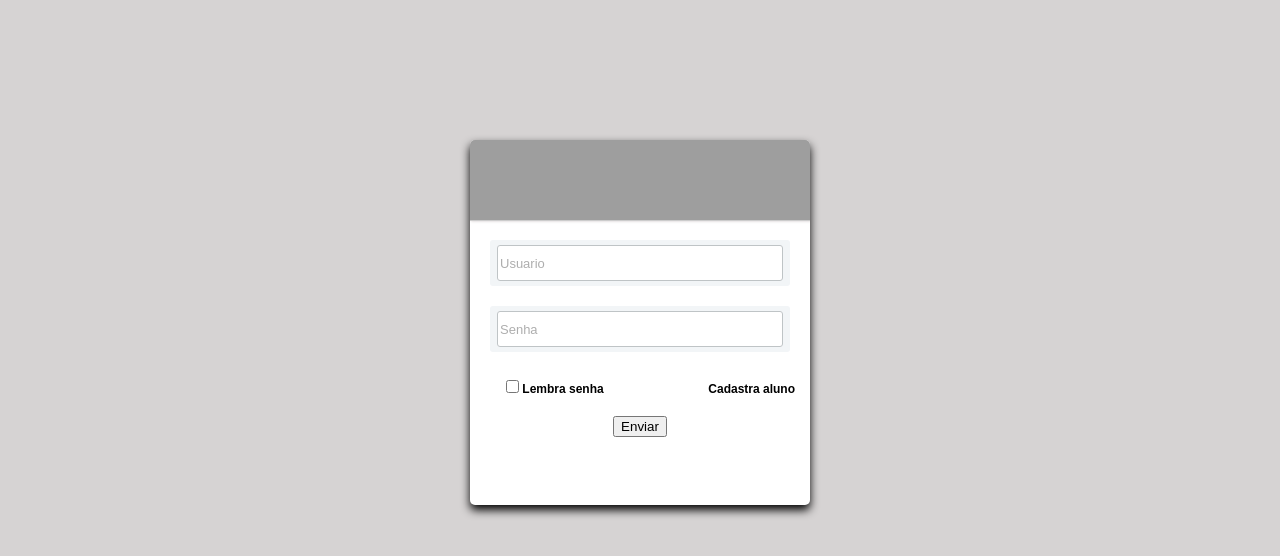
Repository: luisjonson/ProjetoWebAcademia
Page: http://localhost/RepositorioWebProject/Login.jsp
An editor plug-in stored every save of this project. The page is shown before and after the next save, followed by the edit.
The browser window is 1280 px wide. The pictures show the whole page.
Pictures or frames that could not be fetched are drawn as grey boxes. The page is served by Tomcat 9.

Above is the page before, as saved 2017-04-10 02:26:58.

After the next save:
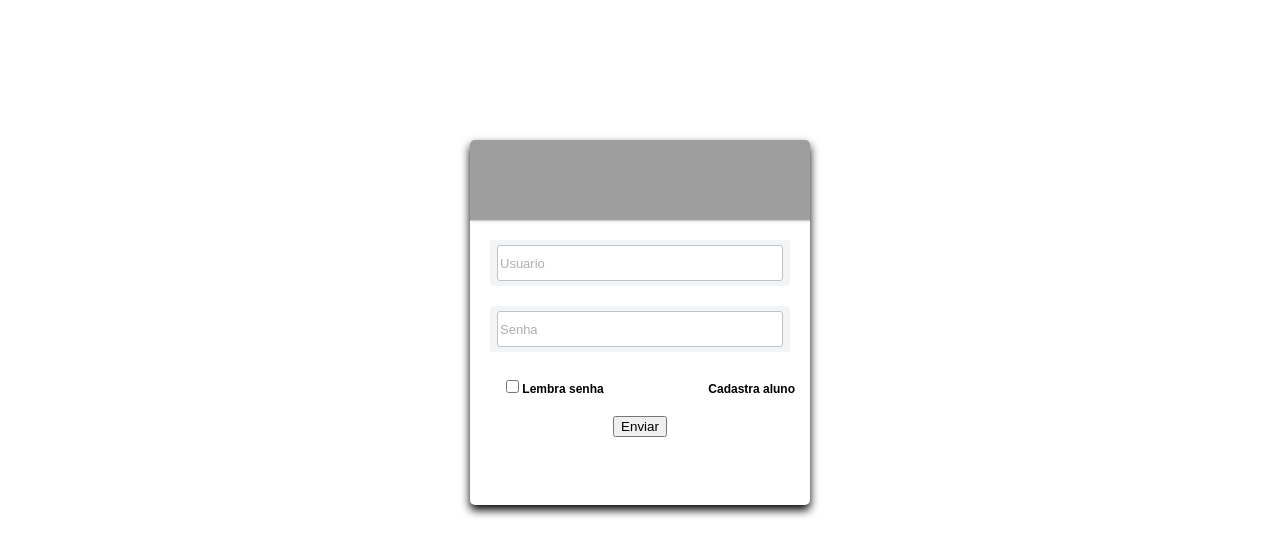
Saved 9 h 42 min later.
--- a/Projeto_Web/RepositorioWebProject/WebContent/Login.jsp
+++ b/Projeto_Web/RepositorioWebProject/WebContent/Login.jsp
@@ -11,7 +11,7 @@
 
 <style type="text/css" >
 
-body {
+#body {
 	background-color: #D6D3D3;
 }
 
